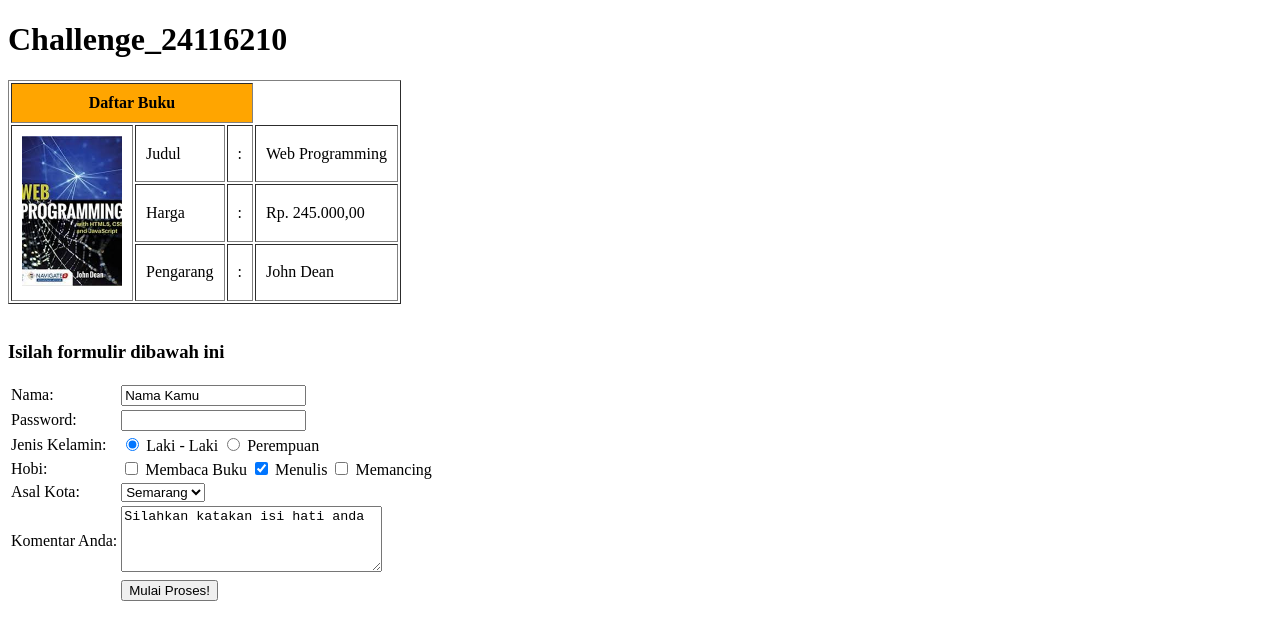
Repository: reskyputrii/Challenge_6210_P4
Page: Challenge_24116210.html
The author's editor kept a copy of each file at every save. The page is drawn from the files as they stood at one save, then again after the next save.
The browser window is 1280 px wide. The pictures show the whole page.

Above is the page before, as saved 2026-04-20 11:37:54.

After the next save:
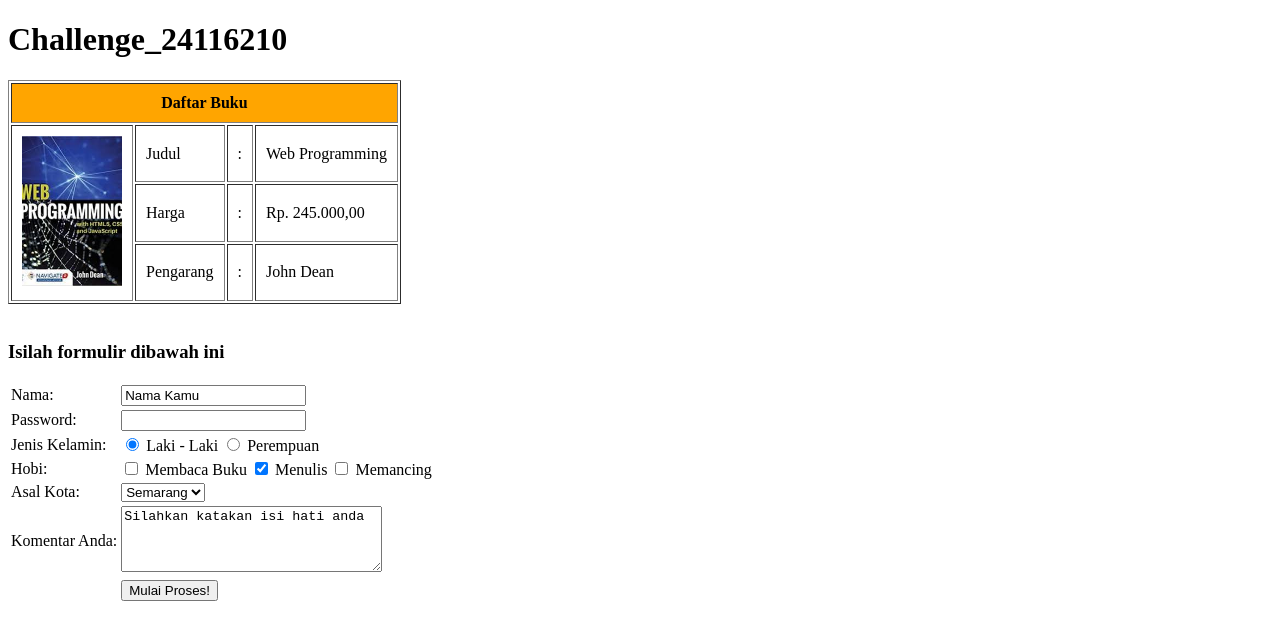
Saved 6 min 53 s later.
--- a/Challenge_24116210.html
+++ b/Challenge_24116210.html
@@ -10,7 +10,7 @@
     <!-- Tabel Daftar Buku -->
     <table border="1" cellpadding="10">
         <tr bgcolor="orange">
-            <th colspan="3">Daftar Buku</th>
+            <th colspan="4">Daftar Buku</th>
         </tr>
         <tr>
             <td rowspan="3">
@@ -77,7 +77,7 @@
         <tr>
             <td></td>
             <td>
-                <button>Mulai Proses!</button>
+                <button type="submit">Mulai Proses!</button>
             </td>
         </tr>
     </table>
